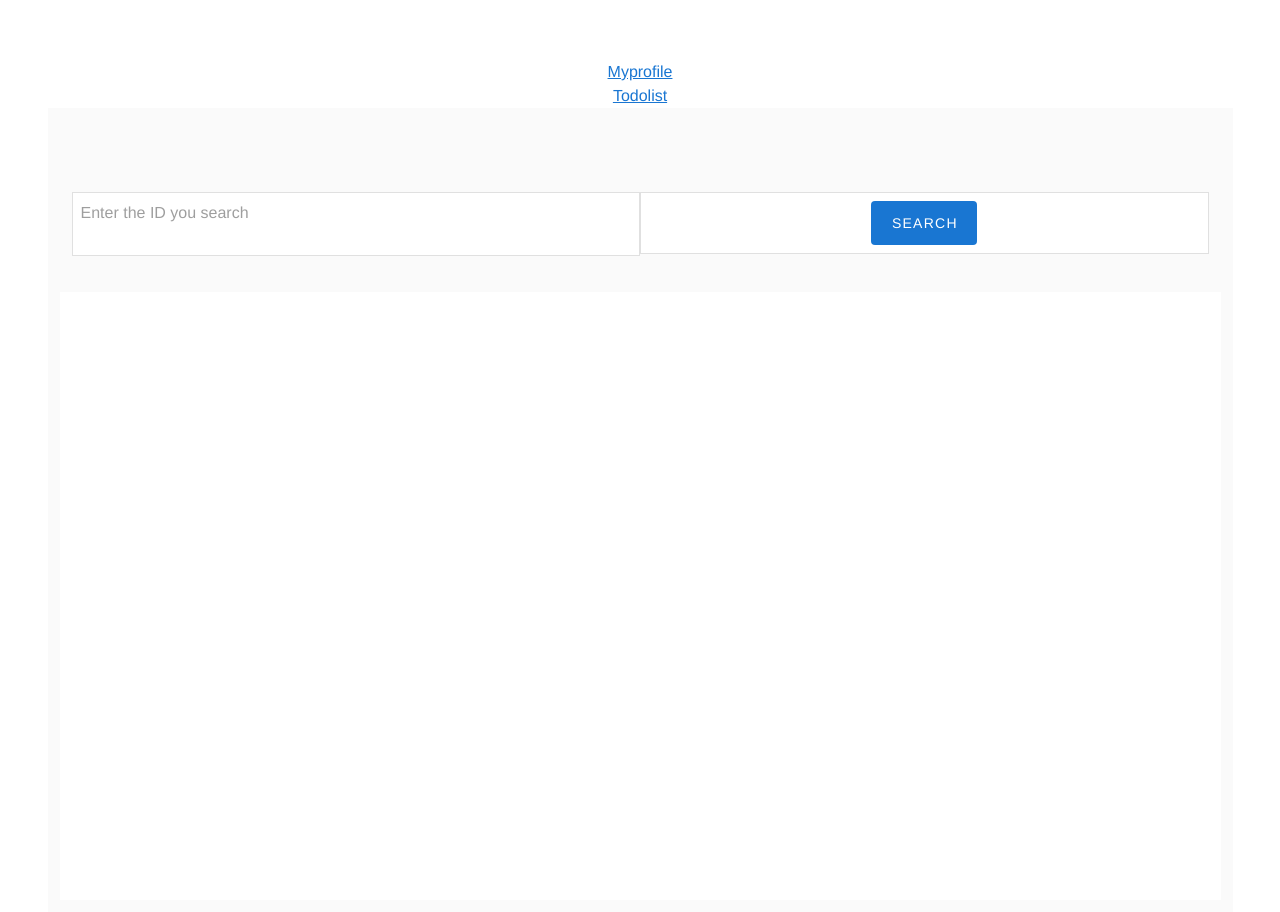
Repository: Shanshan67/todolist
Page: /#/profile
The author's editor kept a copy of each file at every save. The page is drawn from the files as they stood at one save, then again after the next save.
The browser window is 1280 px wide. The pictures show the whole page.
The project was rebuilt for these pictures with package versions that can differ from the ones it lists, and the page was loaded fresh each time. Also part of the build but not shown: src/pages/Dashboard.vue, src/pages/Todolist.vue.

Above is the page before, as saved 2022-07-20 20:49:01.

### index.html
<!DOCTYPE html>
<html>
  <head>
    <meta charset="utf-8">
    <meta name="viewport" content="width=device-width,initial-scale=1.0">
    <link href="https://fonts.googleapis.com/css?family=Roboto:100,300,400,500,700,900" rel="stylesheet">
    <link href="https://cdn.jsdelivr.net/npm/@mdi/font@6.x/css/materialdesignicons.min.css" rel="stylesheet">
    <title>baoge</title>
  </head>
  <body>
    <div id="app"></div>
    <!-- built files will be auto injected -->
  </body>
</html>

### src/main.js
// The Vue build version to load with the `import` command
// (runtime-only or standalone) has been set in webpack.base.conf with an alias.
import Vue from 'vue'
import App from './App'
import router from './router'
import store from './store'
import './plugins/vuetify'
import vuetify from '@/plugins/vuetify'

Vue.config.productionTip = false

/* eslint-disable no-new */
new Vue({
  el: '#app',
  router,
  store,
  vuetify,
  components: { App },
  template: '<App/>'
})

### src/App.vue
<template>
  <v-app>
    <div>
      <HelloWorld/>
    </div>
    <div>
      <router-link to="/profile">Myprofile</router-link>
      <v-spacer></v-spacer>
      <router-link to="/todolist">Todolist</router-link>
    </div>
    <v-content>
      <router-view/>
    </v-content>
  </v-app>
</template>

<script>
import Dashboard from './pages/Dashboard.vue';
export default {
    name: "App",
    components: { Dashboard }
}
</script>

<style>
#app {
  font-family: 'Avenir', Helvetica, Arial, sans-serif;
  -webkit-font-smoothing: antialiased;
  -moz-osx-font-smoothing: grayscale;
  text-align: center;
  color: #2c3e50;
  margin-top: 60px;
}
</style>

### src/router/index.js
import Vue from 'vue'
import Router from 'vue-router'
import Dashboard from '@/pages/Dashboard'
import Myprofile from '../pages/Myprofile'
import Todolist from '../pages/Todolist'

Vue.use(Router)

export default new Router({
  routes: [
    {
      path: '/',
      name: 'Dashboard',
      component: Dashboard
    },
    {
			path:'/profile',
			component:Myprofile
		},
		{
			path:'/todolist',
			component:Todolist
		}
  ]
})

### src/store/index.js
import Vue from 'vue'
import Vuex from 'vuex'
import Axios from "axios"

Vue.use(Vuex)

const todoUrl = "http://localhost:3000/todos";

const actions = {
	searchName(context,value){
		Axios.get(`${todoUrl}/${value}`).then(response => {
            context.commit('searchName', response.data);
			console.log(response.data)
        });
	}
}


const mutations = {
	searchName(state,data){
		state.users = data
	}
}

const state = {
	users:[]
}

export default new Vuex.Store({
	state,
	actions,
	mutations
})

### src/plugins/vuetify.js
// src/plugins/vuetify.js

import Vue from 'vue'
import Vuetify from 'vuetify'
import 'vuetify/dist/vuetify.min.css'

Vue.use(Vuetify, {
    iconfont: 'md',
    theme:{
        primary: '#962ff',
        success: '#3cd1c2',
        info: '#ffaa2c',
        error: '#f83e70',
    }
})

const opts = {}

export default new Vuetify(opts)

### src/pages/Myprofile.vue
<template>
	<v-app id="inspire">
		<v-container class="grey lighten-5">
			<List/>
			<Search/>
		</v-container>
	</v-app>
</template>

<script>
	import Search from '../components/Search'
	import List from '../components/List'
	export default {
		name:'Myprofile',
		components:{Search,List}
	}
</script>

### src/components/Search.vue
<template>
	<div>
		<v-app >
    		<v-container class="grey lighten-5">
				<v-row class="mb-6" no-gutters>
					<v-col sm="6" md="5" lg="6">
          				<v-card class="pa-2" outlined tile>
							<v-input error disabled v-model="id">
								Enter the ID you search
    						</v-input></v-card>
					</v-col>
        			<v-col sm="6" md="5" offset-md="2" lg="6" offset-lg="0">
          				<v-card class="pa-2" outlined tile>
							<v-btn large
        						depressed
        						color="primary"
								@click="handleSearch">Search</v-btn>
          				</v-card>
        			</v-col>
				</v-row>
			</v-container>
  		</v-app>
	</div>
</template>
<script>
	export default {
		name:'Search',
		data() {
			return {
				id:""
			}
		},
		methods: {
			handleSearch(){
				this.$store.dispatch('searchName',this.id)
			}
		}
	}
</script>

### src/components/List.vue
<template>
	<v-card class="mx-auto" max-width="600" tile>
      <v-list flat>
        <v-subheader>Details</v-subheader>
        <v-list-item v-for="(user, index) in users" :key="index">
			<v-list-item-content>
              <v-list-item-title v-text="user.description"></v-list-item-title>
			</v-list-item-content>
            <v-list-item-content>
              <v-list-item-title v-text="user.currency"></v-list-item-title>
			</v-list-item-content>
            <v-list-item-content>
              <v-list-item-title v-text="user.currency"></v-list-item-title>
            </v-list-item-content>
        </v-list-item>
      </v-list>
    </v-card>
</template>

<script>
	import { mapState } from 'vuex'
	export default {
		name:'List',
		computed:{
			...mapState([
				'users'
			])
		}
	}
</script>

After the next save:
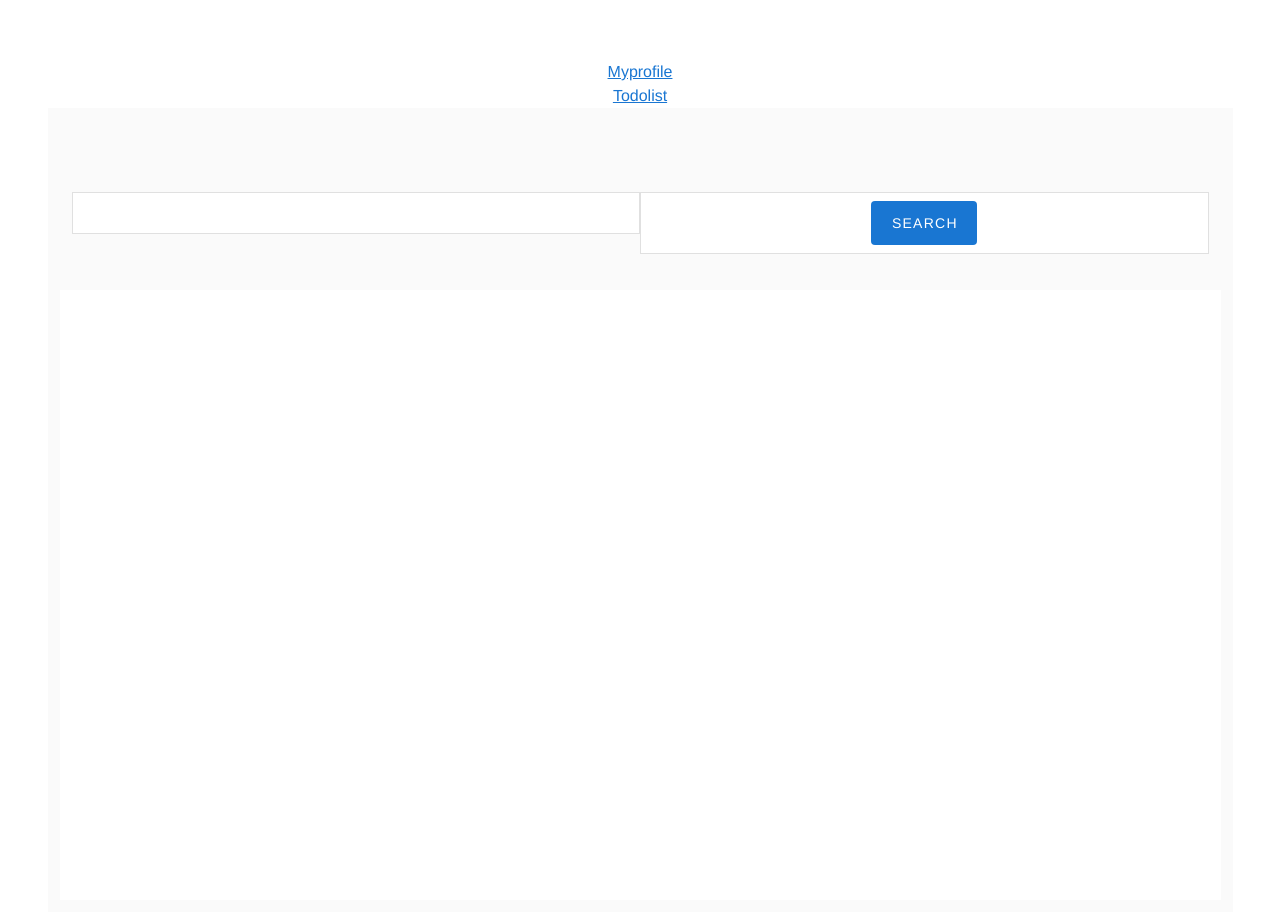
Saved 53 s later.
--- a/src/components/Search.vue
+++ b/src/components/Search.vue
@@ -5,9 +5,8 @@
 				<v-row class="mb-6" no-gutters>
 					<v-col sm="6" md="5" lg="6">
           				<v-card class="pa-2" outlined tile>
-							<v-input error disabled v-model="id">
-								Enter the ID you search
-    						</v-input></v-card>
+							<input v-model="id"/>
+						</v-card>
 					</v-col>
         			<v-col sm="6" md="5" offset-md="2" lg="6" offset-lg="0">
           				<v-card class="pa-2" outlined tile>
